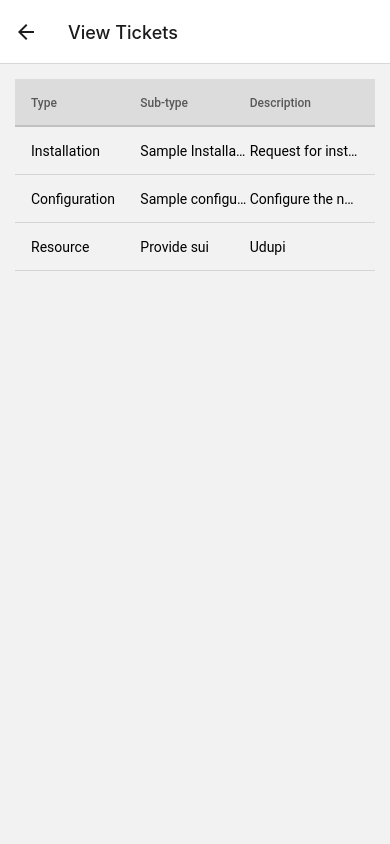
Repository: VishnuJG/Metro-Employee-App
Screen: /View Tickets
These files come from the project's save history. The screen is drawn as it stood at one moment and after a run of saves; the edit follows.
The app was drawn by React Native's web renderer in a window 390 px wide. The project was rebuilt for these pictures with package versions that can differ from the ones it lists, and the page was loaded fresh each time. Some packages were replaced by stand-ins written for this rebuild. Also part of the build but not shown: components/Task.js, components/EmployeeForm.js.

Above is the screen before, as saved 2022-06-30 16:03:48.

After the next 2 saves:
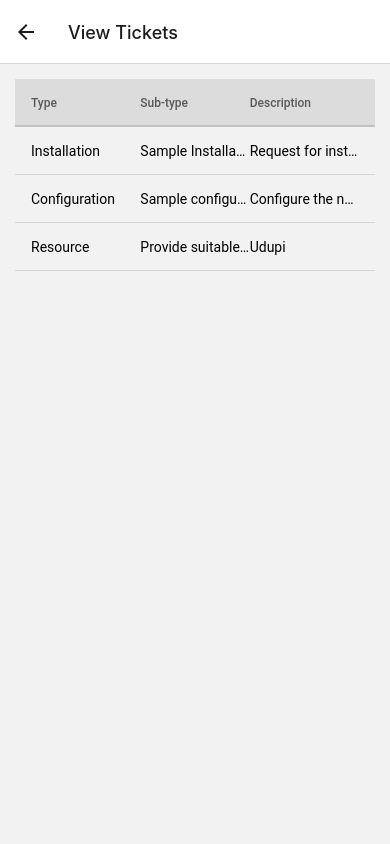
The 2 saves are shown as one change because they came seconds apart.
The last was saved 6 s later.
--- a/components/EmployeeTable.js
+++ b/components/EmployeeTable.js
@@ -15,7 +15,7 @@ const employees = [
     },
     {
         name:'Resource',
-        email:'Provide sui',
+        email:'Provide suitable resource for work',
         location:'Udupi'
     },
 
